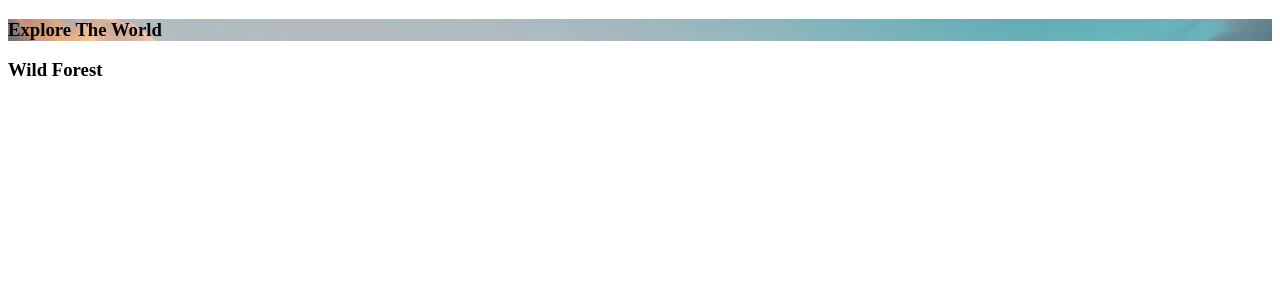
Repository: ldqml/project
Page: 50days/day1-Expanding Cards/1.html
An editor plug-in stored every save of this project. The page is shown before and after the next save, followed by the edit.
The browser window is 1280 px wide. The pictures show the whole page.

Above is the page before, as saved 2022-07-30 11:04:29.

### 50days/day1-Expanding Cards/1.html
<!DOCTYPE html>
<html lang="en">
<head>
    <meta charset="UTF-8">
    <meta http-equiv="X-UA-Compatible" content="IE=edge">
    <meta name="viewport" content="width=device-width, initial-scale=1.0">
    <title>Document</title>
</head>
<body>
    <div class="container">
        <div class="panel active" style="background-image:url('./img/photo-1507525428034-b723cf961d3e.webp')">
            <h3>Explore The World</h3>
        </div>
        <div>
            <h3>Wild Forest</h3>
        </div>
        <div></div>
        <div></div>
        <div></div>
    </div>
</body>
</html>

After the next save:
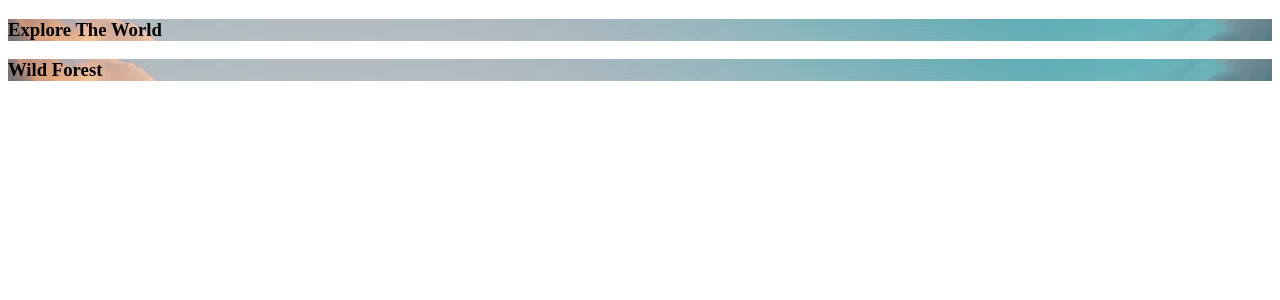
Saved 26 s later.
--- a/50days/day1-Expanding Cards/1.html
+++ b/50days/day1-Expanding Cards/1.html
@@ -11,7 +11,7 @@
         <div class="panel active" style="background-image:url('./img/photo-1507525428034-b723cf961d3e.webp')">
             <h3>Explore The World</h3>
         </div>
-        <div>
+        <div class="panel" style="background-image:url('./img/photo-1507525428034-b723cf961d3e.webp')">
             <h3>Wild Forest</h3>
         </div>
         <div></div>
